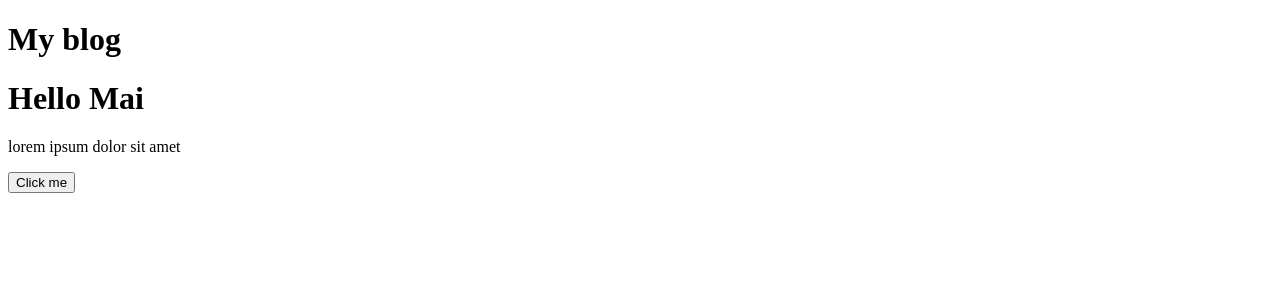
Repository: MaiCrespo/BlogEntry
Page: /
An editor plug-in stored every save of this project. The page is shown before and after the next save, followed by the edit.
The browser window is 1280 px wide. The pictures show the whole page.
The project was rebuilt for these pictures with package versions that can differ from the ones it lists, and the page was loaded fresh each time. Also part of the build but not shown: vite.config.js, src/index.css.

Above is the page before, as saved 2025-09-10 13:41:38.

### index.html
<!DOCTYPE html>
<html lang="en">
  <head>
    <meta charset="UTF-8" />
    <link rel="icon" type="image/png+xml" href="/FaviconWilbur.png" />
    <meta name="viewport" content="width=device-width, initial-scale=1.0" />
    <title>Mai yahoo</title>
  </head>
  <body>
    <div id="root"></div>
    <script type="module" src="/src/main.jsx"></script>
  </body>
</html>

### src/App.jsx
function App() {
  return (
    <div>
      <h1>My blog</h1>
      <BlogEntry />
    </div>
  );
}
function BlogEntry() {
  return (
    <div>
      <h1>Hello Mai</h1>
      <p>lorem ipsum dolor sit amet</p>
      <button>Click me</button>
    </div>
  );
}
export default App;

Loaded but not shown: src/main.jsx (common file)

After the next save:
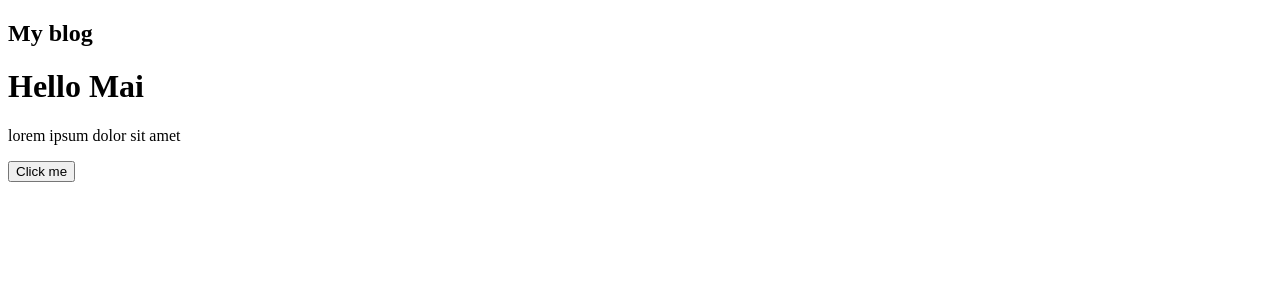
Saved 104 s later.
--- a/src/App.jsx
+++ b/src/App.jsx
@@ -1,7 +1,7 @@
 function App() {
   return (
     <div>
-      <h1>My blog</h1>
+      <h2>My blog</h2>
       <BlogEntry />
     </div>
   );
